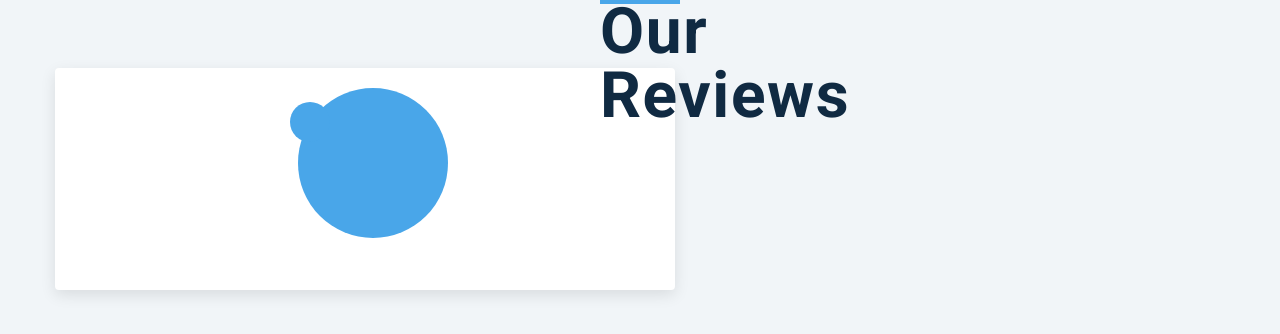
Repository: hseunghwan/practice-vanilla-javascript
Page: Carousel/Carousel.html
An editor plug-in stored every save of this project. The page is shown before and after the next save, followed by the edit.
The browser window is 1280 px wide. The pictures show the whole page.

Above is the page before, as saved 2023-05-10 20:23:31.

After the next save:
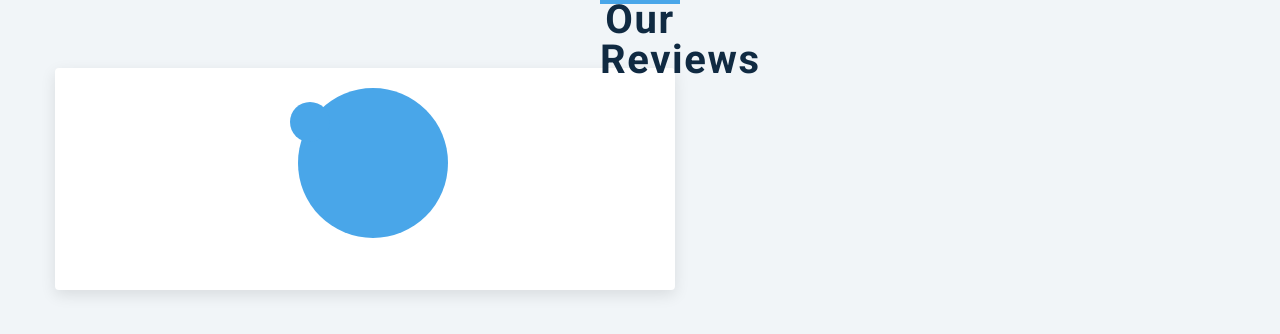
Saved 22 s later.
--- a/Carousel/Carousel.html
+++ b/Carousel/Carousel.html
@@ -8,7 +8,7 @@
     <body>
         <div class="section-center">
             <div class="main">
-                <h1 class="title underline">Our Reviews</h1>
+                <h2 class="title underline">Our Reviews</h2>
                 <div class="container">
                     <div class="review">
                         <div class="img-container"><</div>
